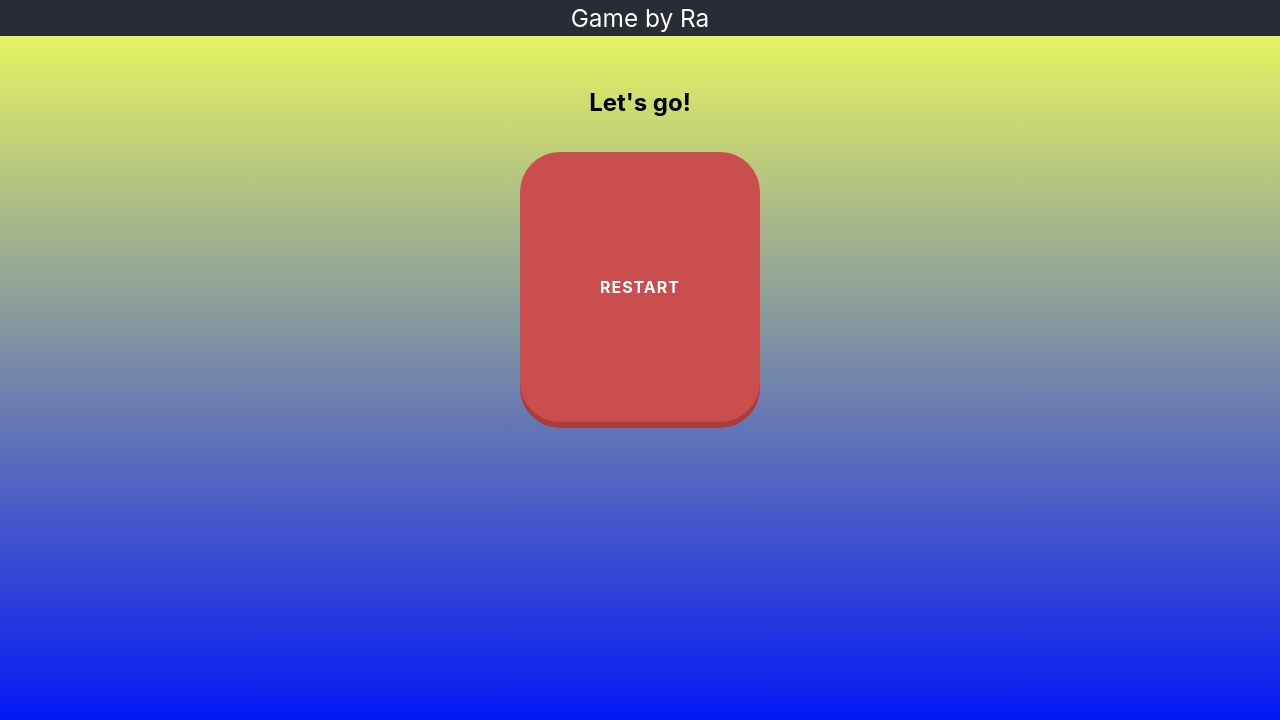
Repository: Sergioramasano/ramos-game
Page: /
These files come from the project's save history. The page is drawn as it stood at one moment and after the next save; the edit follows.
The browser window is 1280 px wide. The pictures show the whole page.
The project was rebuilt for these pictures with package versions that can differ from the ones it lists, and the page was loaded fresh each time. Also part of the build but not shown: src/components/Cards.js.

Above is the page before, as saved 2021-02-11 19:35:41.

### public/index.html
<!DOCTYPE html>
<html lang="en">
  <head>
    <meta charset="utf-8" />
    <link rel="icon" href="%PUBLIC_URL%/favicon.ico" />
    <meta name="viewport" content="width=device-width, initial-scale=1" />
    <meta name="theme-color" content="#000000" />
    <meta
      name="description"
      content="Web site created using create-react-app"
    />
    <link rel="apple-touch-icon" href="%PUBLIC_URL%/logo192.png" />
    <link rel="manifest" href="%PUBLIC_URL%/manifest.json" />
    <title>Game by Ra</title>
  </head>
  <body>
    <noscript>You need to enable JavaScript to run this app.</noscript>
    <div id="root"></div>
  </body>
</html>

### src/App.js
import "./App.css";
import GameBox from "./components/GameBox/GameBox";

const App = () => {
  return (
    <div className="App">
      <header className="App-header">Game by Ra</header>
      <GameBox></GameBox>
    </div>
  );
};

export default App;

### src/App.css
.App {
  text-align: center;
}

.App-header {
  background-color: #282c34;
  height: 5vh;
  display: flex;
  flex-direction: column;
  align-items: center;
  justify-content: center;
  font-size: calc(10px + 2vmin);
  color: white;
}

### src/components/GameBox/GameBox.js
import React, { useState, useEffect } from "react";
import Cards from "../Cards";
import styles from "./Gamebox.module.css";
import age from "../../images/age.jpeg";
import av from "../../images/av.jpeg";
import hq from "../../images/hq.png";
import hs from "../../images/hs.png";
import jq from "../../images/jq.jpg";
import lk from "../../images/lk.jpg";
import sm from "../../images/sm.jpg";
import smm from "../../images/smm.png";
import knight from "../../images/knight.png";
import star from "../../images/star.jpeg";

const GameBox = () => {
  const [imgUrl, setImgUrl] = useState(null);
  const [bingo, setBingo] = useState([]);
  const [currentUrlIdx, setCurrentUrlIdx] = useState(null);

  let urls = [];
  urls = [age, av, hq, hs, jq, lk, sm, smm, knight];
  urls = [...urls, ...urls];
  urls = urls.map((url, idx) => {
    return { name: url, id: Math.random(), visible: false, idx };
  });

  if (imgUrl !== null) {
    urls[imgUrl].visible = true;
  }

  if (bingo.length) {
    bingo.forEach((b) => {
      urls[b].visible = true;
    });
  }

  const setImg = (url) => {
    if (currentUrlIdx && currentUrlIdx.name === url.name) {
      console.log("YESSSSS");
      setBingo([...bingo, currentUrlIdx.idx, url.idx]);
    }
    setImgUrl(url.idx);
    setCurrentUrlIdx(url);
  };

  return (
    <main className={styles.gamebox}>
      <h2>Let's go!</h2>
      <section className={styles.wrap}>
        {bingo.length !== urls.length ? (
          <button className={styles.button}> Restart</button>
        ) : (
          <Cards
            key={currentUrlIdx}
            urls={urls}
            styles={styles}
            setImg={setImg}
            star={star}
            currentUrlIdx={currentUrlIdx}
          ></Cards>
        )}
      </section>
    </main>
  );
};

export default GameBox;

### src/components/GameBox/Gamebox.module.css
.gamebox {
  height: 95vh;
  background: linear-gradient(#d5ec06a2, #0318f5);
  padding: 2rem;
  box-sizing: border-box;
}

.wrap {
  margin: auto auto;
  max-width: 700px;
  height: auto;
  width: 100%;
  min-height: 300px;
  display: flex;
  flex-direction: row;
  justify-content: center;
  flex-wrap: wrap;
}

.card {
  display: block;
  width: 100px;
  height: 100px;
  margin: 0.3rem;
}

.card img {
  display: block;
  width: 100%;
  height: 100%;
}

.button {
  border: none;
  font-family: inherit;
  font-size: inherit;
  color: inherit;
  background: none;
  cursor: pointer;
  padding: 25px 80px;
  display: inline-block;
  margin: 15px 30px;
  text-transform: uppercase;
  letter-spacing: 1px;
  font-weight: 700;
  outline: none;
  position: relative;
  background: #cb4e4e;
  color: #fff;
  box-shadow: 0 6px #ab3c3c;
  -webkit-transition: none;
  -moz-transition: none;
  transition: none;
  border-radius: 40px;
}

.button:hover {
  box-shadow: 0 4px #ab3c3c;
  top: 2px;
  transition: 1s ease;
}

Loaded but not shown: src/index.js (common file); src/index.css (common file)

After the next save:
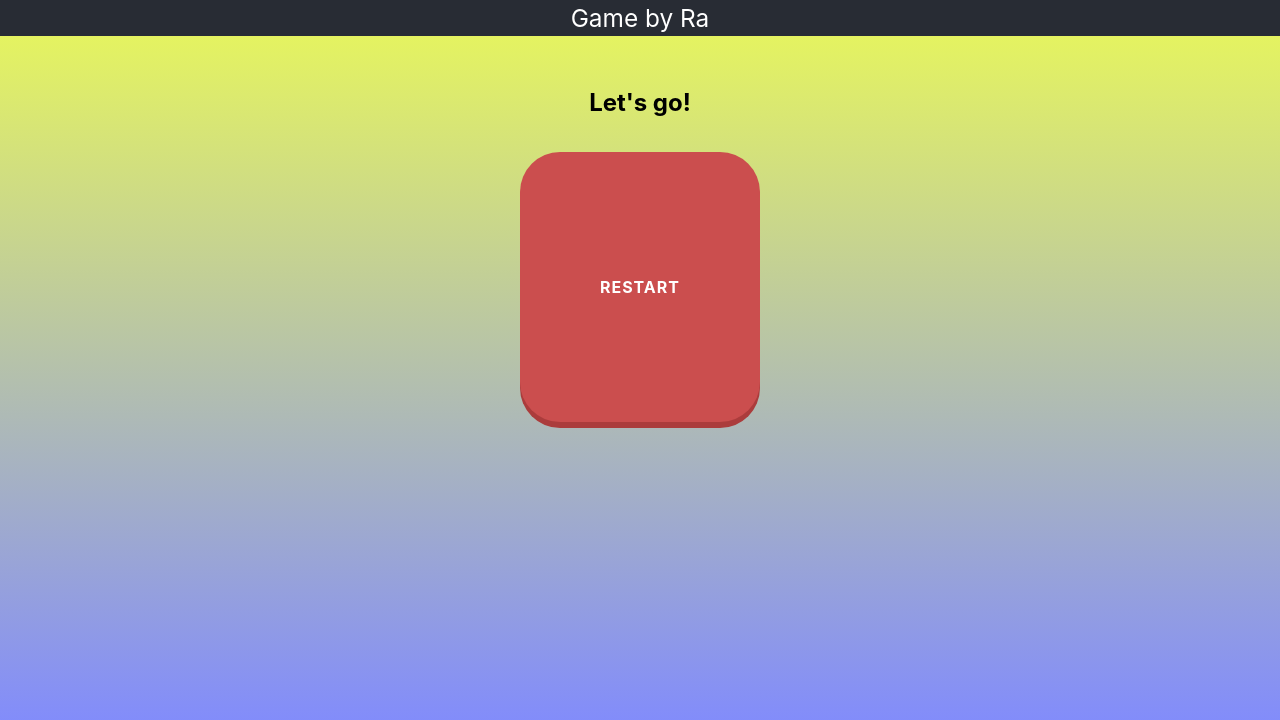
Saved 10 s later.
--- a/src/components/GameBox/Gamebox.module.css
+++ b/src/components/GameBox/Gamebox.module.css
@@ -1,6 +1,6 @@
 .gamebox {
   height: 95vh;
-  background: linear-gradient(#d5ec06a2, #0318f5);
+  background: linear-gradient(#d5ec06a2, #0317f57e);
   padding: 2rem;
   box-sizing: border-box;
 }
